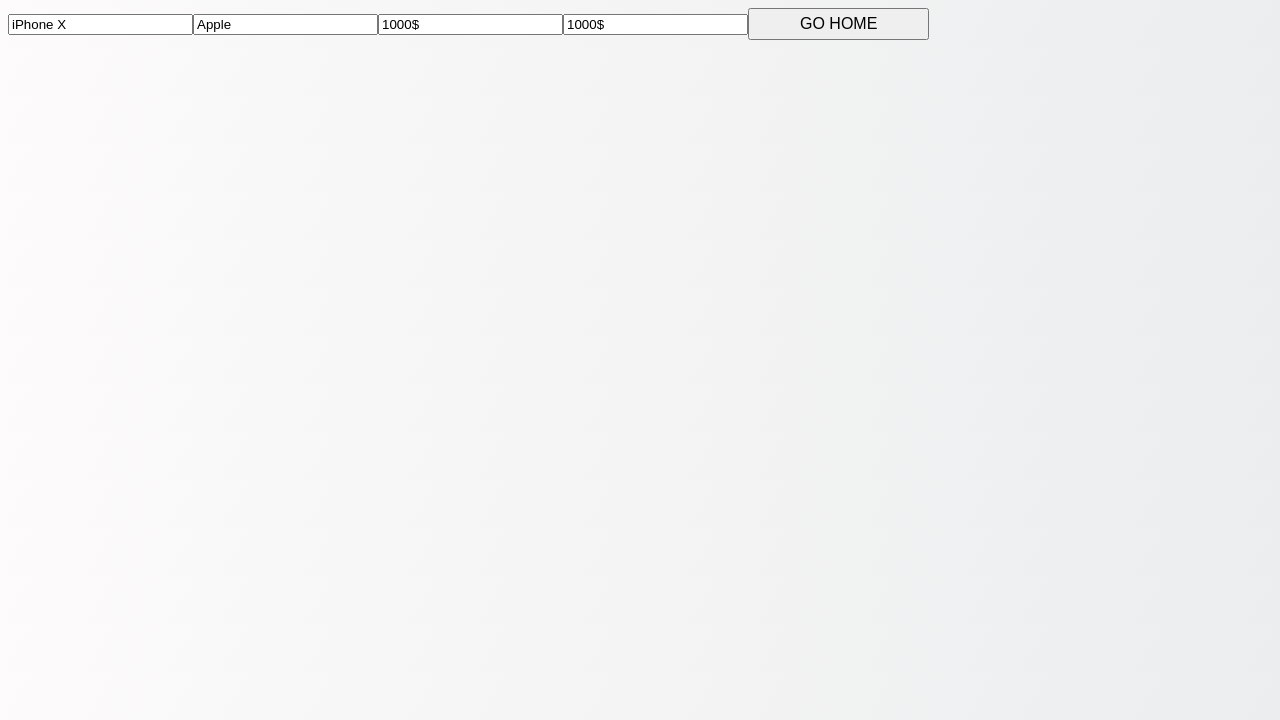
Repository: eytan012/react-ex
Page: /edit/1001
An editor plug-in stored every save of this project. The page is shown before and after the next save, followed by the edit.
The browser window is 1280 px wide. The pictures show the whole page.
Some web fonts or font styles are not loaded; a fallback is used. The project was rebuilt for these pictures with package versions that can differ from the ones it lists, and the page was loaded fresh each time. Requests to the local data server were answered from the project's data file. Also part of the build but not shown: src/components/AddProductForm.jsx, src/utils/alerts.js, src/components/ProductsList.jsx, src/components/Home.jsx.

Above is the page before, as saved 2021-09-13 14:23:06.

After the next save:
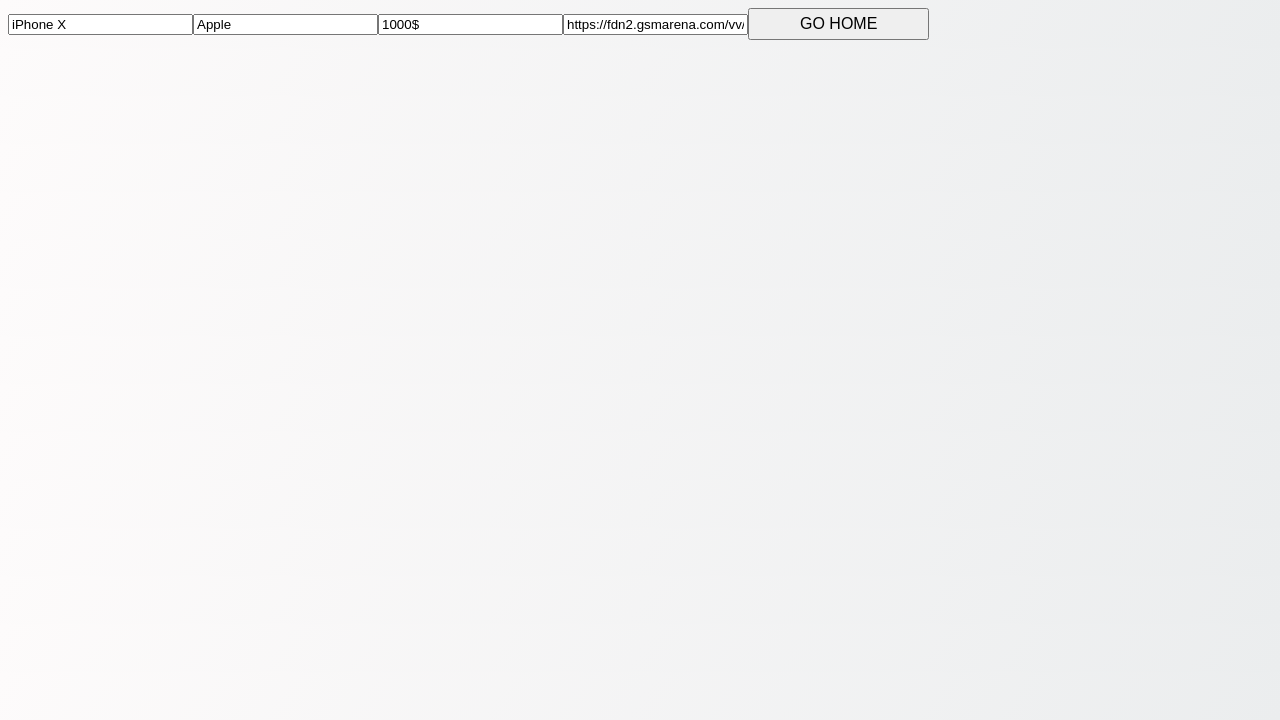
Saved 4 s later.
--- a/src/components/EditProductForm.jsx
+++ b/src/components/EditProductForm.jsx
@@ -59,7 +59,7 @@ const EditProductForm = () => {
         onChange={(e) => {
           handleEdit(e);
         }}
-        value={productToEdit ? productToEdit.price : ""}
+        value={productToEdit ? productToEdit.imgUrl : ""}
       />
 
       <button className="btn btn-primary">go home</button>
